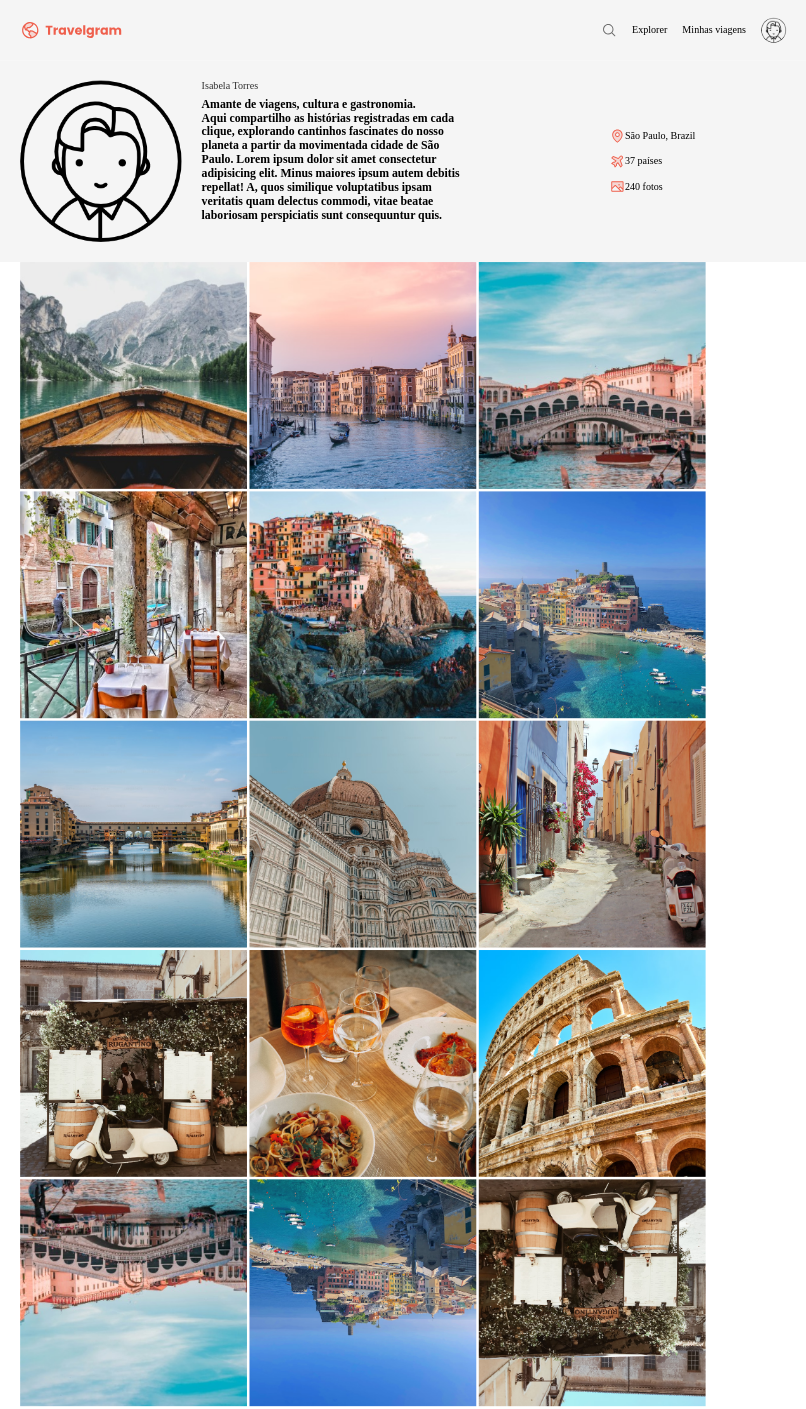
Repository: JeffRodFer/projeto-Travelgran-Rockeseat
Page: index.html
The author's editor kept a copy of each file at every save. The page is drawn from the files as they stood at one save, then again after the next save.
The browser window is 1280 px wide. The pictures show the whole page, at 63% of full size.

Above is the page before, as saved 2025-03-22 20:13:04.

### index.html
<!DOCTYPE html>
<html lang="pt-br">
    <head>

        <link rel="preconnect" href="https://fonts.googleapis.com">
        <link rel="preconnect" href="https://fonts.gstatic.com" crossorigin>
        <meta charset="UTF-8">
        <meta name="viewport" content="width=device-width, initial-scale=1.0">
        <title>travelgran | Perfil de viagens</title>
        <link rel="stylesheet" href="styles/index.css">
        <link href="https://fonts.googleapis.com/css2?family=Bree+Serif&family=Poppins:wght@400;700&display=swap" rel="stylesheet">

    </head>
    <body>
         <div class="bg-surface-color">
                <nav class="container">
                        <a href="#" id="logo">
                        <img src="assets/Logo.svg" alt="logomarca">
                        </a>
                    <ul id="primary-menu">
                        <li>
                            <a href="#">
                                <img src="assets/icons/MagnifyingGlass.svg" alt="ícone de lupa">
                            </a>
                        </li>
                        <li><a href="#">Explorer</a></li>
                        <li><a href="#">Minhas viagens</a></li>
                        <li><a href="#">
                            <img src="assets/profi-pic-2.png" alt="foto de perfil do boy">
                            </a>
                        </li>
                    </ul
                </nav>
         </div>
         <div class="bg-surface-color">
                <header>
                    <div class="container">
                        <div id="profile">
                            <img src="assets/profi-pic-2.png" alt="imagem do boy">
                             <div>
                                    <h1>Isabela Torres</h1>
                                    <h3>
                                        Amante de viagens, cultura e gastronomia.<br> Aqui compartilho as histórias registradas em cada clique, explorando cantinhos fascinates do nosso planeta a partir da movimentada cidade de São Paulo. Lorem ipsum dolor sit amet consectetur adipisicing elit. Minus maiores ipsum autem debitis repellat! A, quos similique voluptatibus ipsam veritatis quam delectus commodi, vitae beatae laboriosam perspiciatis sunt consequuntur quis.
                                    </h3>
                             </div>
                        </div>
                            <ul id="info">
                                <li>
                                    <img src="assets/icons/MapPin.svg" alt="ícone de mapa">
                                    <span>São Paulo, Brazil</span>
                                </li>
                                <li>
                                    <img src="assets/icons/AirplaneTilt.svg" alt="ícone de avião">
                                    <span>37 países</span>
                                </li>
                                <li>
                                    <img src="assets/icons/Image.svg" alt="ícone de fotos">
                                    <span>240 fotos</span>
                                </li>
                            </ul>
                    </div>
                </header>
        </div>
        <main class="container">
            <img src="assets/images/Image 01.png" alt="...">
            <img src="assets/images/Image 02.png" alt="...">
            <img src="assets/images/Image 03.png" alt="...">
            <img src="assets/images/Image 04.png" alt="...">
            <img src="assets/images/Image 05.png" alt="...">
            <img src="assets/images/Image 06.png" alt="...">
            <img src="assets/images/Image 07.png" alt="...">
            <img src="assets/images/Image 08.png" alt="...">
            <img src="assets/images/Image 09.png" alt="...">
            <img src="assets/images/Image 10.png" alt="...">
            <img src="assets/images/Image 11.png" alt="...">
            <img src="assets/images/Image 12.png" alt="...">
            <img src="assets/images/Image 13.png" alt="...">
            <img src="assets/images/Image 14.png" alt="...">
            <img src="assets/images/Image 15.png" alt="...">
        </main>
    </body>


</html>

### styles/global.css
* {
    margin: 0;
    padding: 0;
    box-sizing: border-box;
}
:root {
--brand-color: #ef5f4c;
--background-color: #ffffff;
--surface-color: #f5f5f5;
--skeleton-color: #d9d9d9;
--shape-transparent: #ffffff8f;
--text-color-primary: #313131;
--text-color-secondary: #6c6c6c:

--font-family: "Poppins" , sans-serif;
--text-lg: bold 32px/125% var(--font-family);
--text: 16px/1.5 var(--font-family);
--text-md: 14px/170% var(--font-family);
--text-sm: 12px/170% var(--font-family);

}
body {
    font: var(--text);
    color: var(--text-color-secondary);
    background-color: var(--background-color);
}
a {
    text-decoration: none;
    color: inherit;
}
a:hover {
    color: var(--brand-color);
    text-decoration: underline;
}

.container {
    padding-inline: 32px;
    margin-inline: auto;
}

.bg-surface-color {
    background-color: var(--surface-color);
}

### styles/nav.css
nav {
    display: flex;
    justify-content: space-between;
    align-items: center;

    line-height: 0;
    padding-block: 20px;

}

nav ul {
    display: flex;
    list-style: none;
    align-items: center;
    gap: 24px;

    padding-block: 8px;;
}

nav ul li:last-child img {
    width: 40px;
    height: 40px;
    object-fit: cover;
    border-radius: 50%;
}

### styles/header.css
header {
    padding-block: 32px;

    font: var(--text-md);

}

header .container {
    display: flex;
    justify-content: space-between;
    align-items: center;
}

#profile {
    display: flex;
    gap: 32px;
}

#profile > div {
    max-width: 420px;
}

#profile h1 {
    font: var(--text-lg);
    color: var(--text-color-primary);
    margin-bottom: 8px;
}

#info {
    display: flex;
    flex-direction: column;
    gap: 16px;

    width: 280px;
}
#info li {
    display: flex;
    align-items: center;
}

### styles/main.css
main {
    m
    display: flex;
    flex-wrap: wrap;
    gap: 24px;
}
main img {
    width: 360px;
    height: 360px;
    object-fit: cover;

}

Loaded but not shown: styles/index.css (common file)

After the next save:
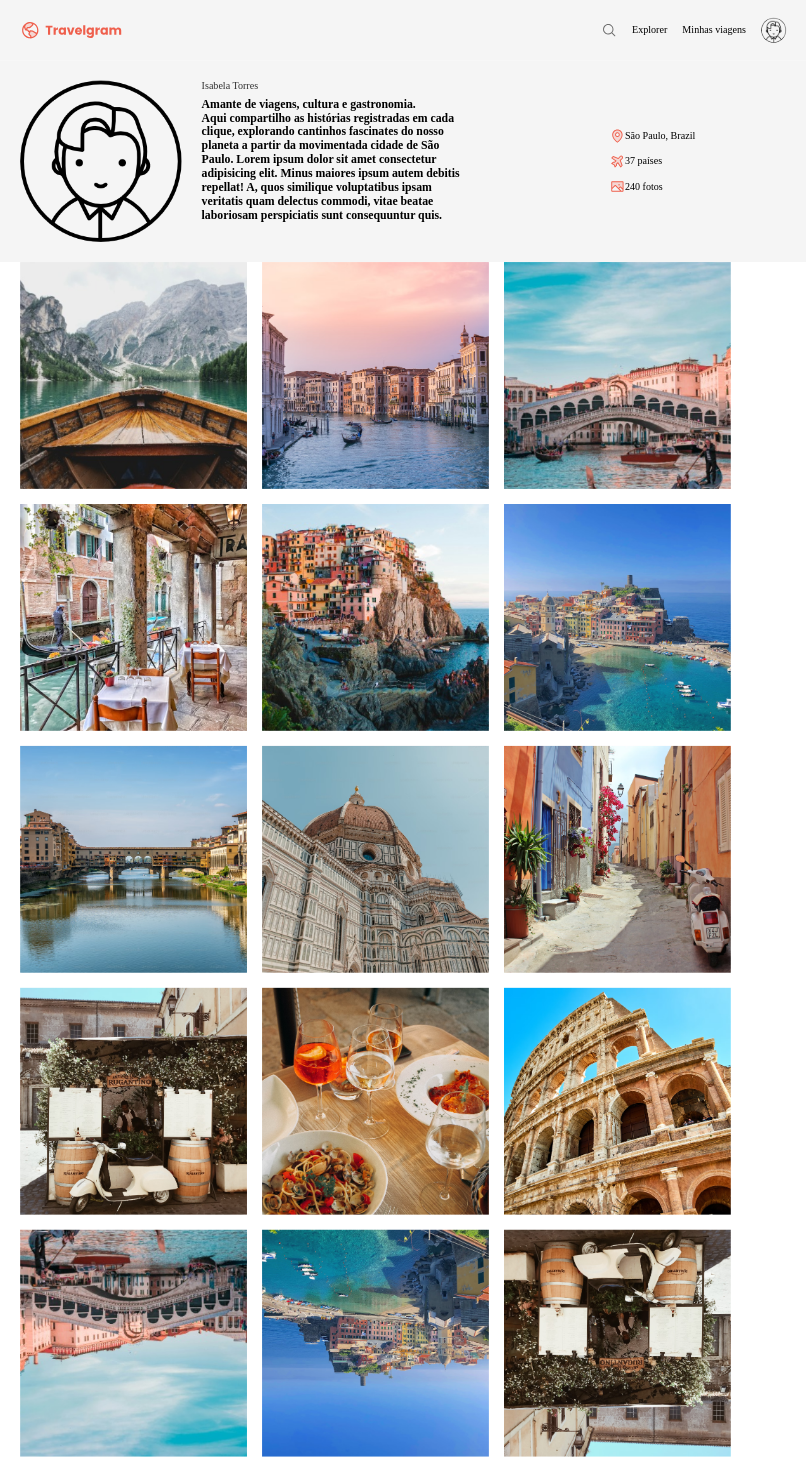
Saved 13 s later.
--- a/styles/main.css
+++ b/styles/main.css
@@ -1,5 +1,5 @@
 main {
-    m
+    margin-right: ;
     display: flex;
     flex-wrap: wrap;
     gap: 24px;
